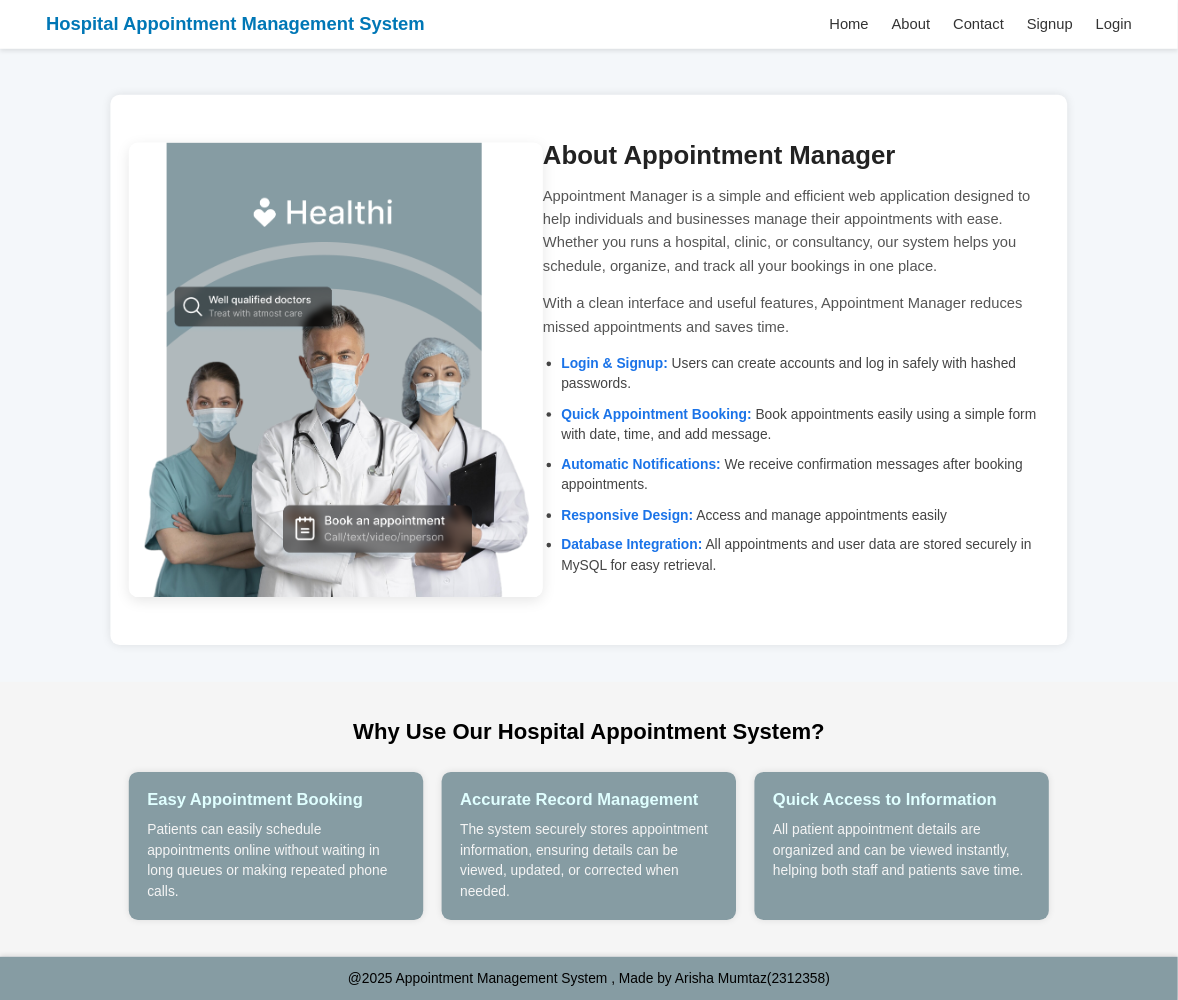
Repository: Arisha004/hospital-management-midterm-
Page: about.html
These files come from the project's save history. The page is drawn as it stood at one moment and after the next save; the edit follows.
The browser window is 1280 px wide. The pictures show the whole page, at 92% of full size.

Above is the page before, as saved 2025-11-02 20:30:13.

After the next save:
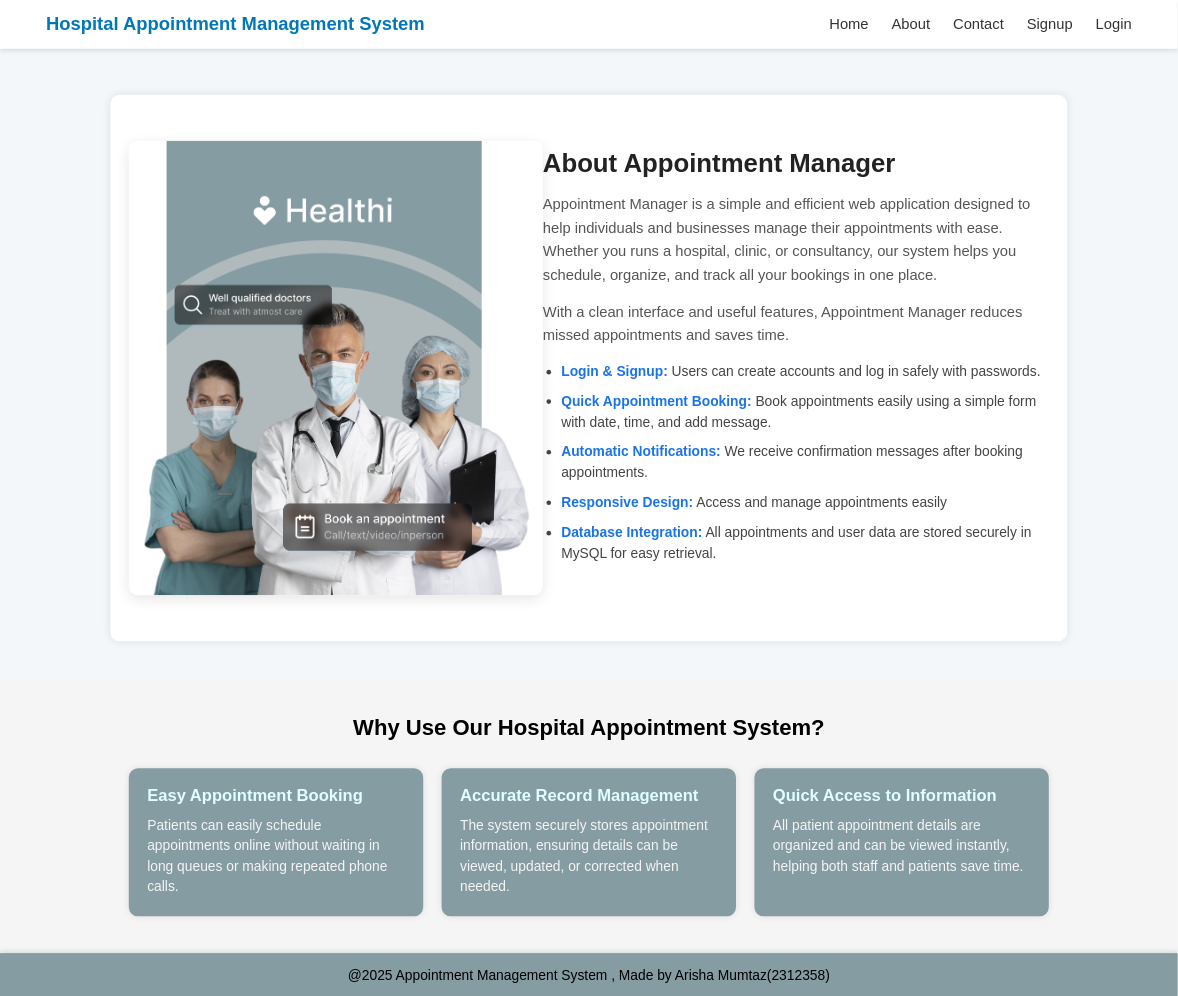
Saved 4 s later.
--- a/about.html
+++ b/about.html
@@ -83,7 +83,7 @@
       With a clean interface and useful features, Appointment Manager reduces missed appointments and saves time.
     </p>
     <ul class="features">
-      <li><strong> Login & Signup:</strong> Users can create accounts and log in safely with hashed passwords.</li>
+      <li><strong> Login & Signup:</strong> Users can create accounts and log in safely with  passwords.</li>
 <li><strong>Quick Appointment Booking:</strong> Book appointments easily using a simple form with date, time, and add message.</li>
 <li><strong>Automatic Notifications:</strong> We receive confirmation messages after booking appointments.</li>
 <li><strong>Responsive Design:</strong> Access and manage appointments easily</li>
